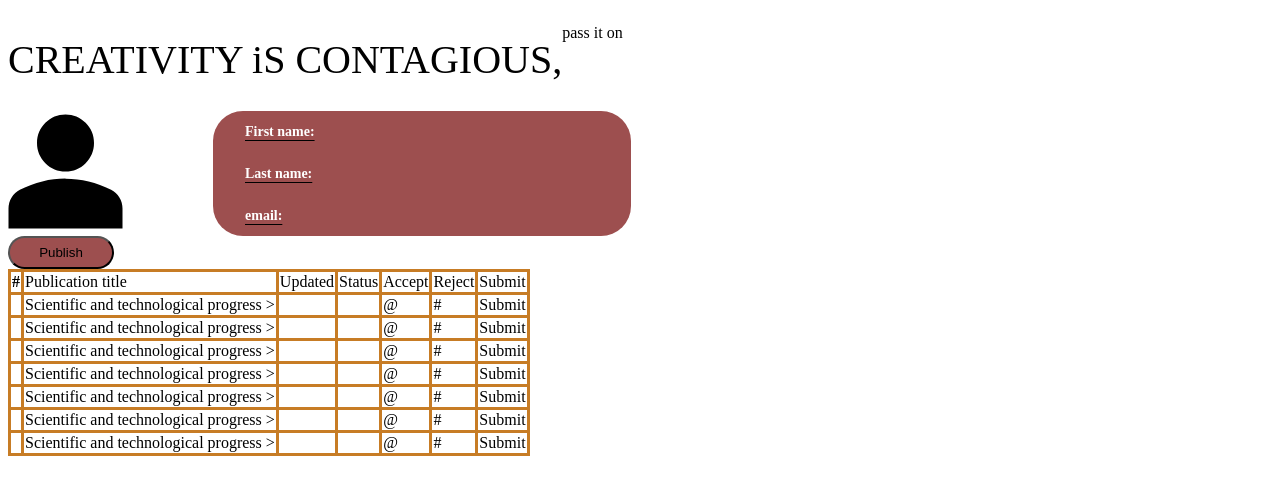
Repository: ceo-of-albeni/articles
Page: /
The author's editor kept a copy of each file at every save. The page is drawn from the files as they stood at one save, then again after the next save.
The browser window is 1280 px wide. The pictures show the whole page.
The project was rebuilt for these pictures with package versions that can differ from the ones it lists, and the page was loaded fresh each time.

Above is the page before, as saved 2023-05-10 23:46:04.

After the next save:
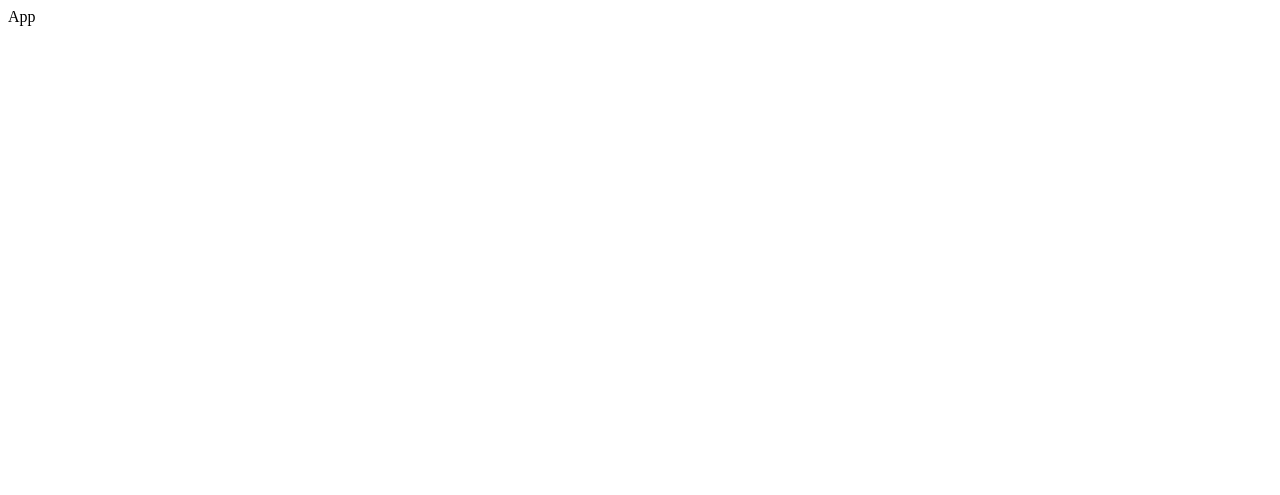
Saved 32 s later.
--- a/src/App.js
+++ b/src/App.js
@@ -5,7 +5,7 @@
   return (
     <>
       <div>
-        <Reviewer/>
+        App
       </div>
     </>
   )

After the 2 saves that followed:
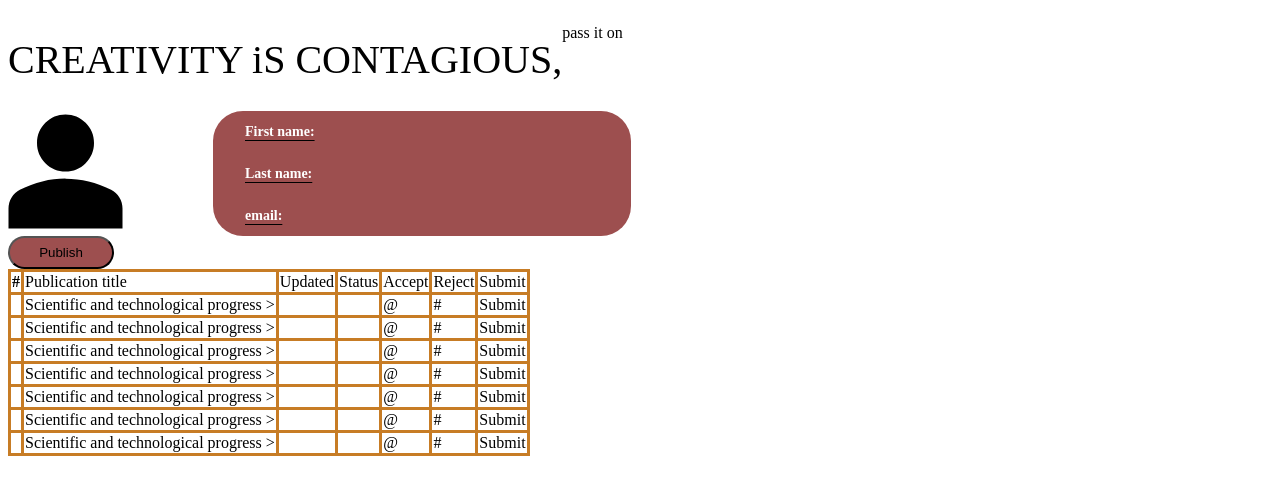
The 2 saves are shown as one change because they came seconds apart.
The last was saved 2 min 4 s later.
--- a/src/App.js
+++ b/src/App.js
@@ -5,7 +5,7 @@
   return (
     <>
       <div>
-        App
+        <Reviewer/>
       </div>
     </>
   )
